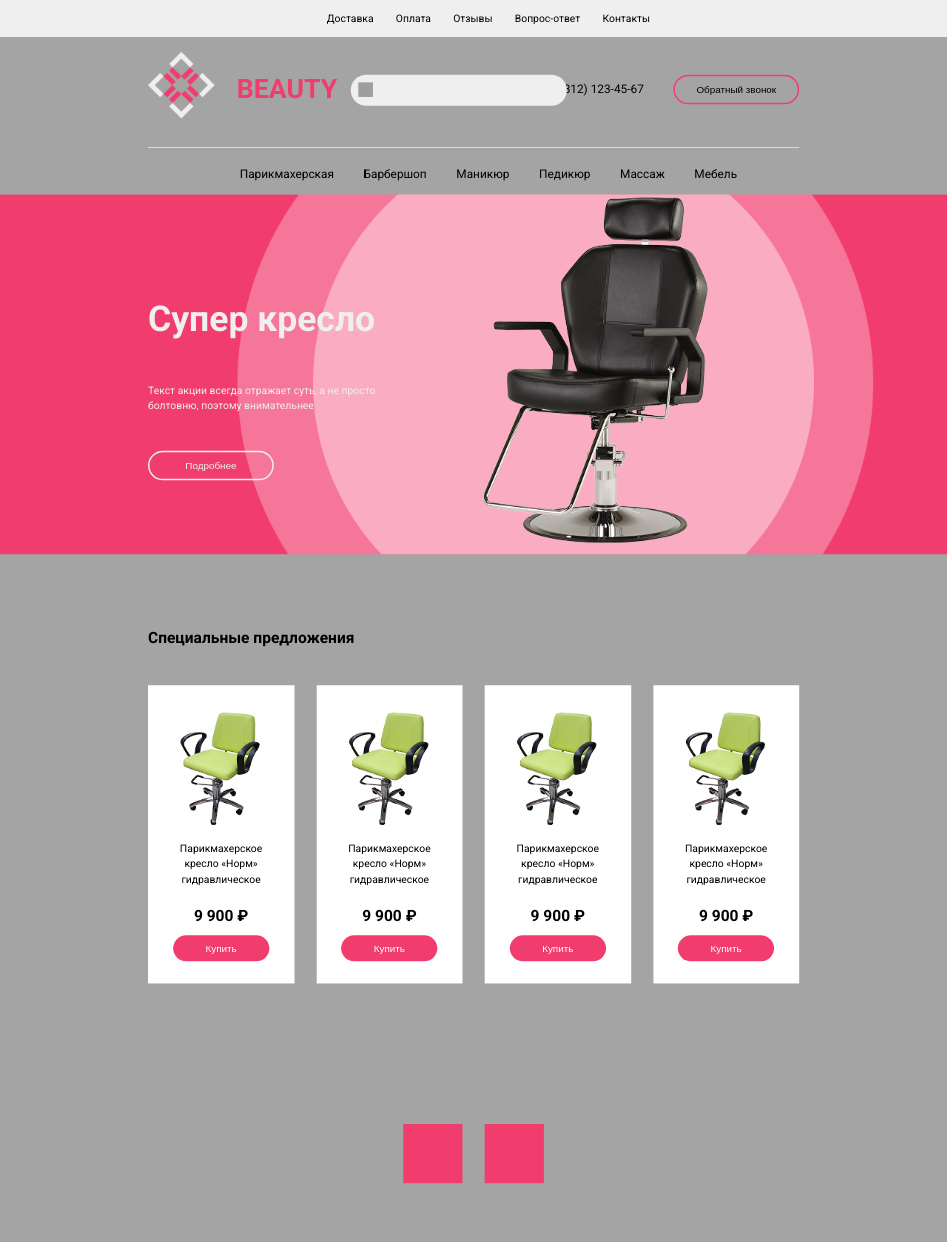
Repository: savannaaaas/verstka
Page: index.html
The author's editor kept a copy of each file at every save. The page is drawn from the files as they stood at one save, then again after the next save.
The browser window is 1280 px wide. The pictures show the whole page, at 74% of full size.
Pictures or frames that could not be fetched are drawn as grey boxes. Some web fonts or font styles are not loaded; a fallback is used.

Above is the page before, as saved 2025-04-16 11:51:01.

After the next save:
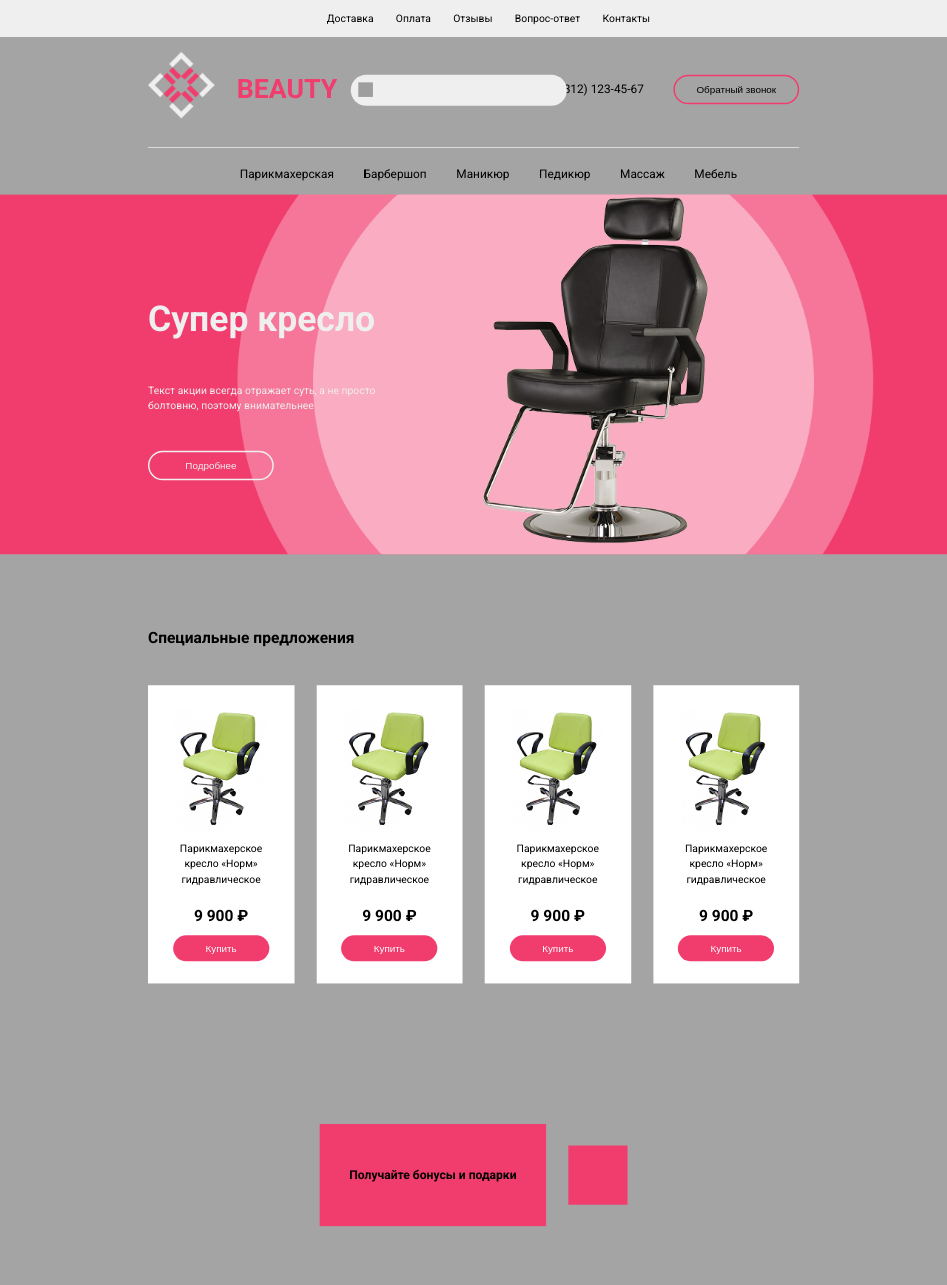
Saved 27 s later.
--- a/index.html
+++ b/index.html
@@ -88,7 +88,9 @@
 
         </div>
         <div class="subscribe">
-            <div class="subscribe1"> </div>
+            <div class="subscribe1">
+                <h3>Получайте бонусы и подарки</h3>
+                 </div>
             <div class="subscribe2"></div>
         </div>
 
